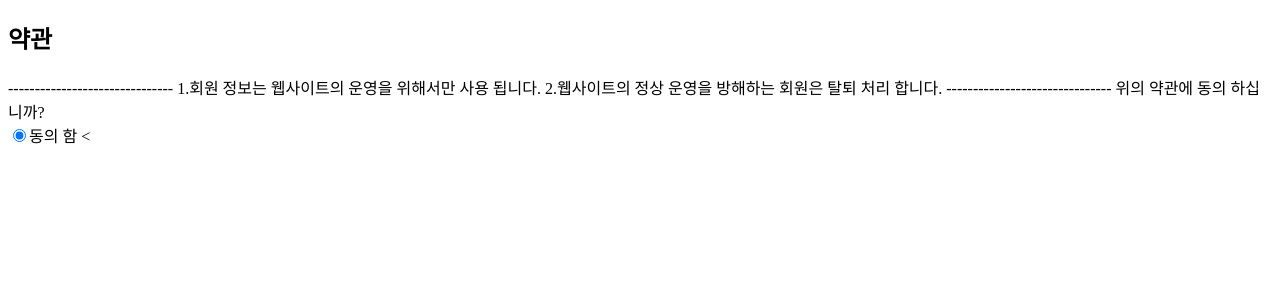
Repository: chanhooop/JSP
Page: http://localhost/Session/userInsert_02.jsp
These files come from the project's save history. The page is drawn as it stood at one moment and after the next save; the edit follows.
The browser window is 1280 px wide. The pictures show the whole page.
The page is served by Tomcat 9.

Above is the page before, as saved 2021-05-10 02:23:08.

After the next save:
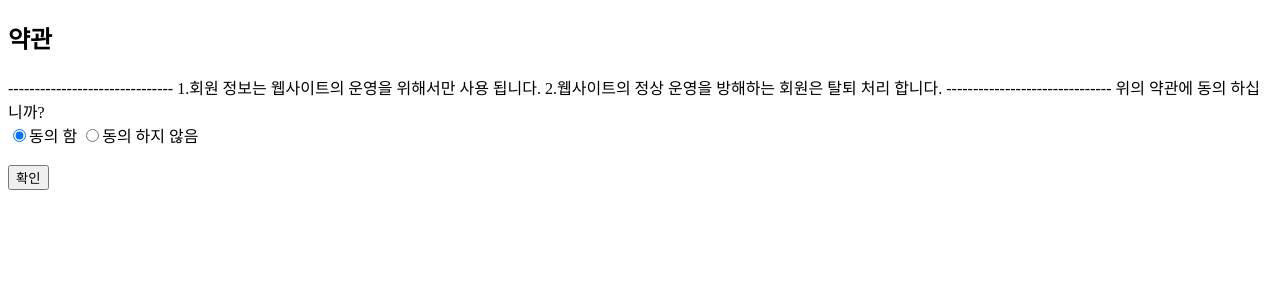
Saved 75 s later.
--- a/Session/src/main/webapp/userInsert_02.jsp
+++ b/Session/src/main/webapp/userInsert_02.jsp
@@ -27,8 +27,10 @@
   	위의 약관에 동의 하십니까?
   	<form action="userInsert_03.jsp">
 		<input type="radio" name="check" checked="checked">동의 함
-		<
+		<input type="radio" name="check">동의 하지 않음
 
+	<br><br>
+	<input type="submit" value="확인">
  	</form>
 
 </body>
